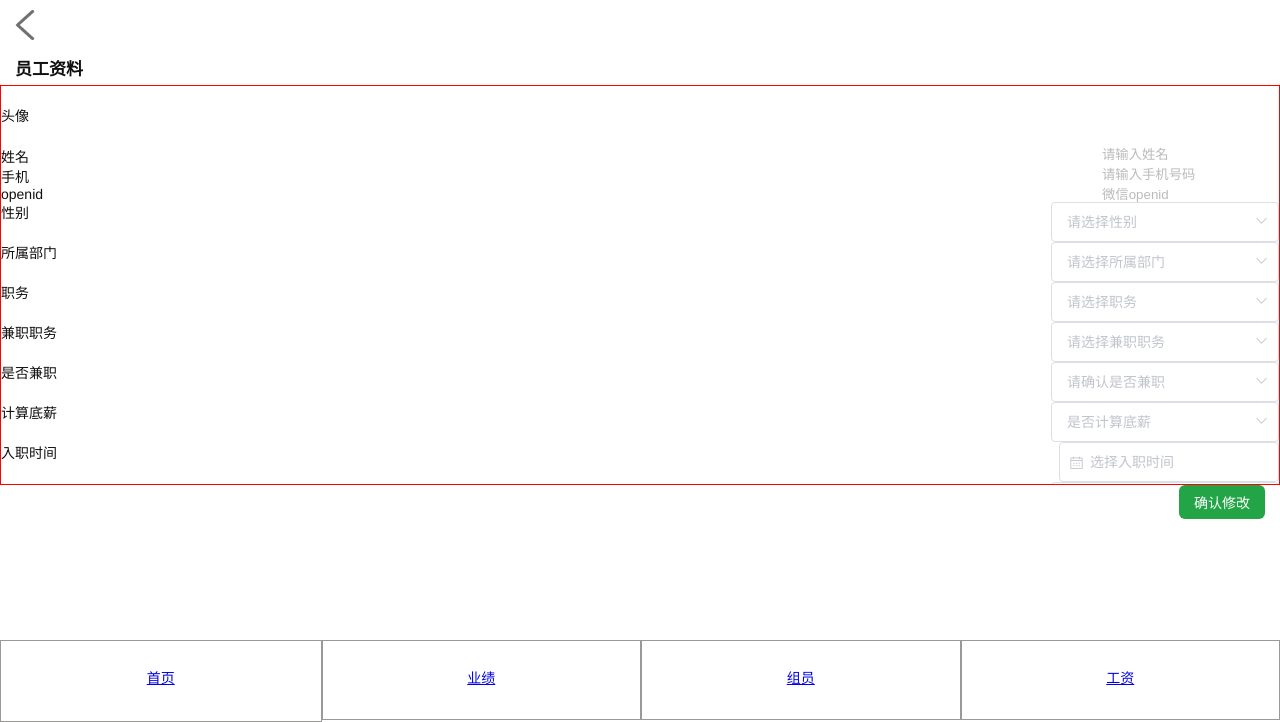
Repository: panlin520-team/lnmj-staffH5
Page: /#/homepage
The author's editor kept a copy of each file at every save. The page is drawn from the files as they stood at one save, then again after a run of saves.
The browser window is 1280 px wide. The pictures show the whole page.
The project was rebuilt for these pictures with package versions that can differ from the ones it lists, and the page was loaded fresh each time. Also part of the build but not shown: src/views/Lojin.vue.

Above is the page before, as saved 2020-04-08 15:21:00.

After the next 2 saves:
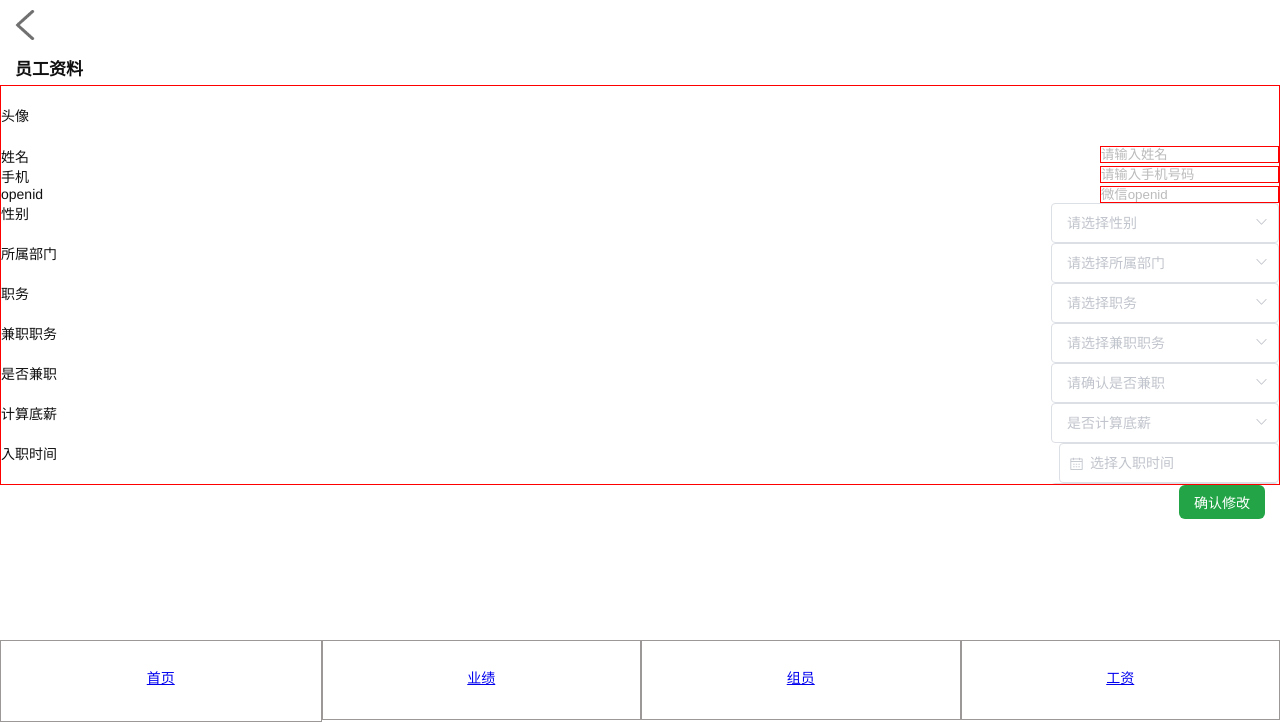
The 2 saves are shown as one change because 1 did not build or start.
The last was saved 75 s later.
--- a/src/views/Homepage.vue
+++ b/src/views/Homepage.vue
@@ -330,6 +330,9 @@ export default {
         .item{
             display: flex;
             justify-content: space-between;
+            .input-value{
+                border: 1px solid red;
+            }
         }
     }
 
